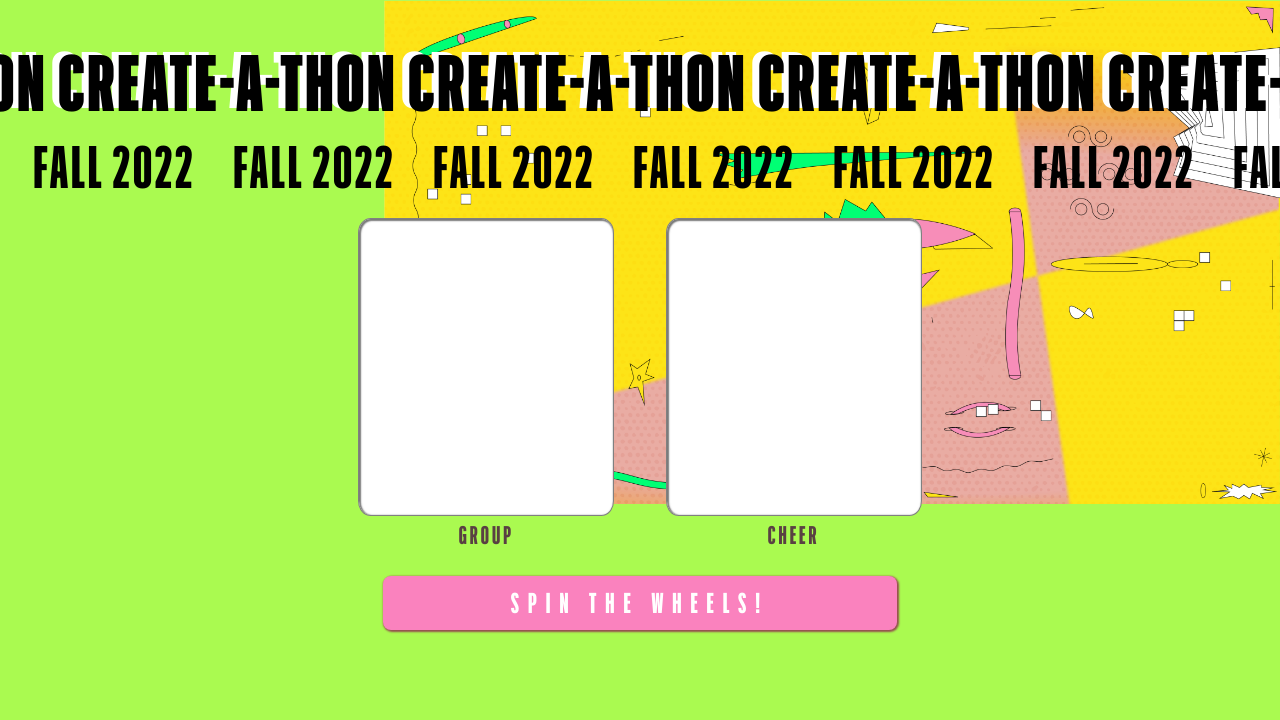
Repository: fakebrianho/IMA-Low-Res-Create-Athon-2022
Page: docs/presentation-order/index.html
These files come from the project's save history. The page is drawn as it stood at one moment and after the next save; the edit follows.
The browser window is 1280 px wide. The pictures show the whole page.

Above is the page before, as saved 2022-10-28 22:24:19.
Not found: docs/presentation-order/libraries/p5.dom.js
Not found: docs/presentation-order/libraries/p5.js
Not found: docs/presentation-order/libraries/p5.sound.js

After the next save:
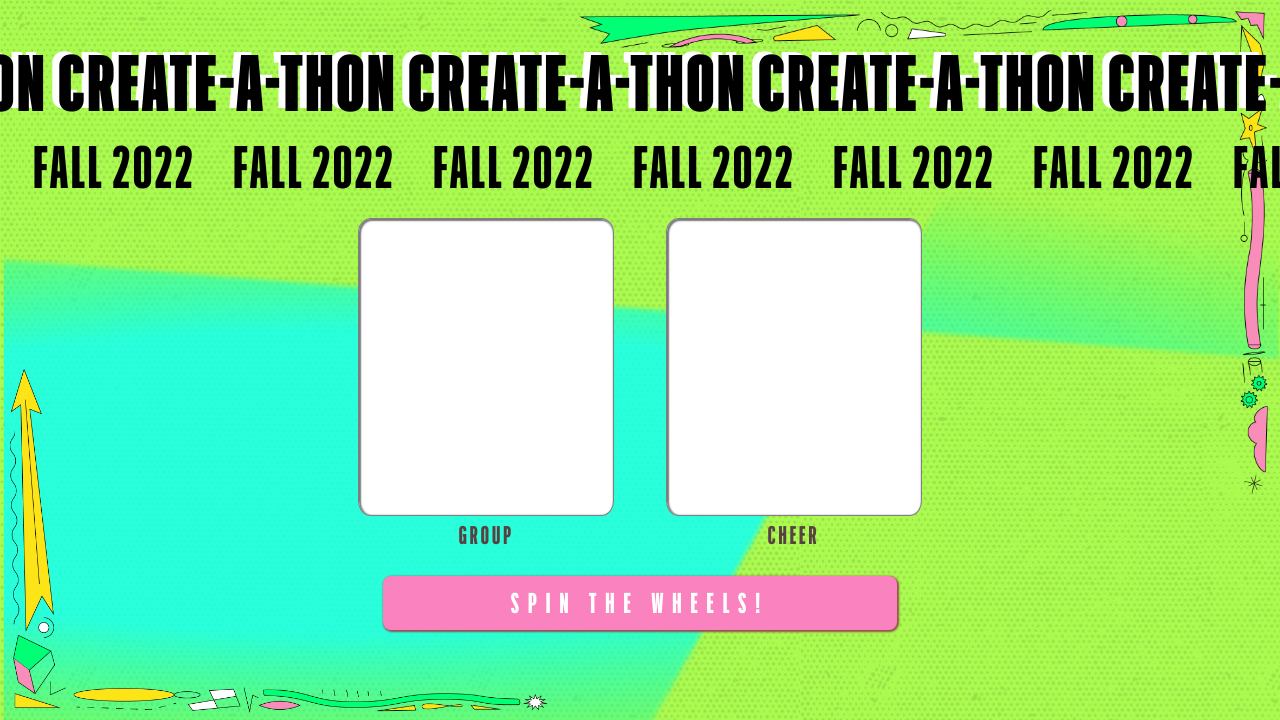
Saved 6 s later.
--- a/docs/presentation-order/style.css
+++ b/docs/presentation-order/style.css
@@ -28,13 +28,13 @@
 	width: 100%;
 	height: 100%;
 	position: absolute;
+	background-image: url('image/bg.png');
+	background-size: 100% 100%;
 	background: url(image/bg_border-top.png), url(image/bg_border-bottom.png),
 		url(image/bg_gradient.png), url(image/bg_texture.png), #aafa50;
 	background-repeat: no-repeat, no-repeat, no-repeat, repeat;
 	background-size: auto 70vh, auto 50vh, 100vw 120vh, 800px auto;
 	background-position: right top, left 50vh, left 25vh, 0 0;
-	background-image: url('image/bg.png');
-	/* background-size: 100% 100%; */
 }
 
 h1 {
